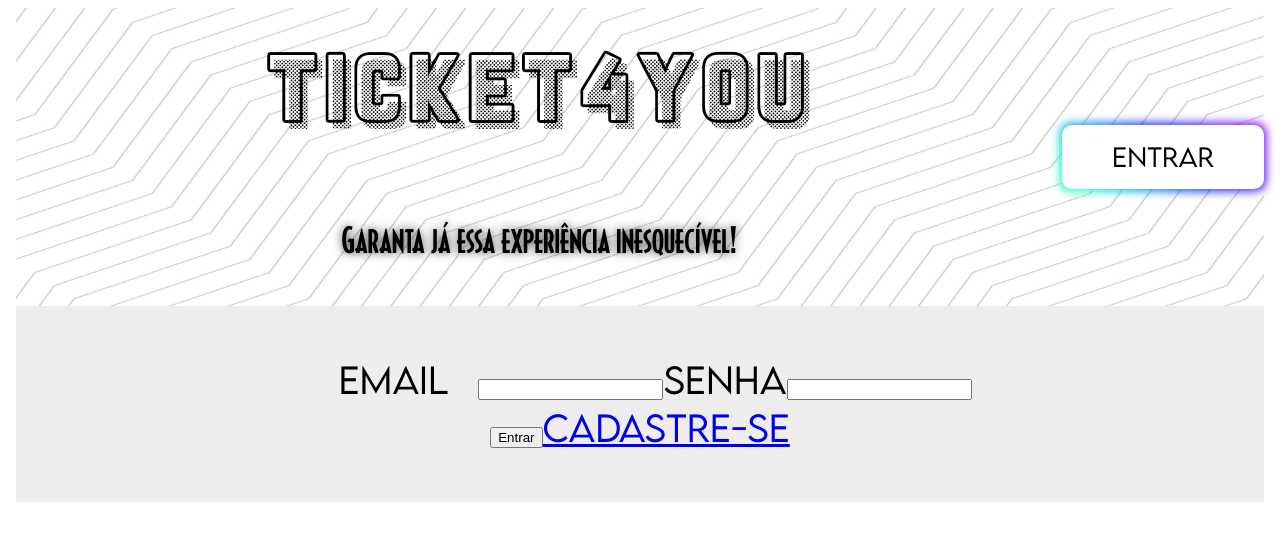
Repository: hellengurgaczz/projeto-DSA
Page: /login
The author's editor kept a copy of each file at every save. The page is drawn from the files as they stood at one save, then again after the next save.
The browser window is 1280 px wide. The pictures show the whole page.
The project was rebuilt for these pictures with package versions that can differ from the ones it lists, and the page was loaded fresh each time. Also part of the build but not shown: angular.json, src/app/ingressos/templates/cadastrar/cadastrar.component.ts, src/app/models/ingresso.model.ts, src/app/services/ingresso.service.ts, src/app/compra/comprar-ingresso/comprar-ingresso.component.ts, src/app/models/compra.model.ts, src/app/services/compra.service.ts, src/app/ingressos/templates/deletar/deletar.component.ts and 3 more.

Above is the page before, as saved 2022-05-10 12:30:18.

After the next save:
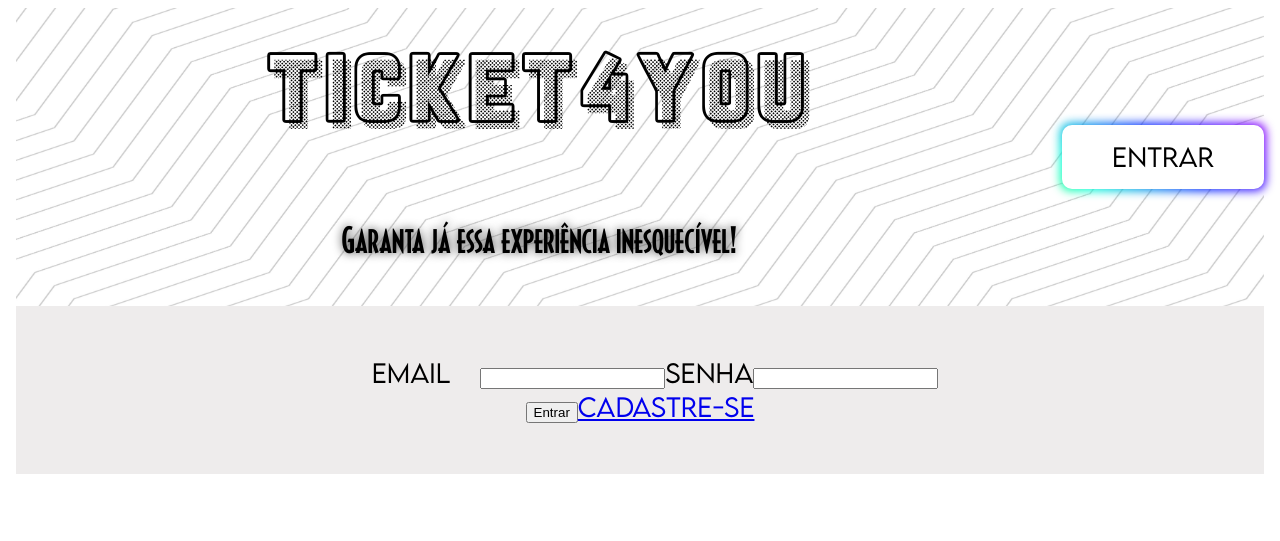
Saved 4 s later.
--- a/src/app/login/login.component.css
+++ b/src/app/login/login.component.css
@@ -1,6 +1,6 @@
 .all{
   font-family: LEMONMILKLight;
-  font-size: 35px;
+  font-size: 25px;
   text-align: center;
   padding: 50px;
 }
